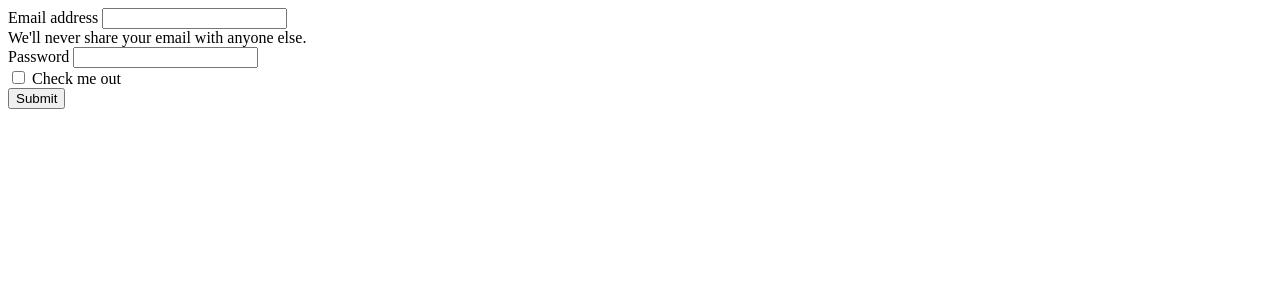
Repository: Ashish4910/Leave-Application-Management
Page: http://localhost/Employee_management/Admin/ValidationForm.jsp
An editor plug-in stored every save of this project. The page is shown before and after the next save, followed by the edit.
The browser window is 1280 px wide. The pictures show the whole page.
The page is served by Tomcat 9. Other server files are loaded and not shown.

Above is the page before, as saved 2023-12-06 05:25:42.

### Employee Management Project/Employee_management/src/main/webapp/Admin/ValidationForm.jsp
<form name ="myForm" onsubmit="return myfunc();">
  <div class="mb-3">
    <label for="exampleInputEmail1" class="form-label">Email address</label>
    <input type="email" class="form-control" id="exampleInputEmail1" aria-describedby="emailHelp">
    <div id="emailHelp" class="form-text">We'll never share your email with anyone else.</div>
  </div>
  <div class="mb-3">
    <label for="exampleInputPassword1" class="form-label">Password</label>
    <input type="password" class="form-control" id="exampleInputPassword1">
  </div>
  <div class="mb-3 form-check">
    <input type="checkbox" class="form-check-input" id="exampleCheck1">
    <label class="form-check-label" for="exampleCheck1">Check me out</label>
  </div>
  <button type="submit" class="btn btn-primary">Submit</button>
</form>

After the next save:
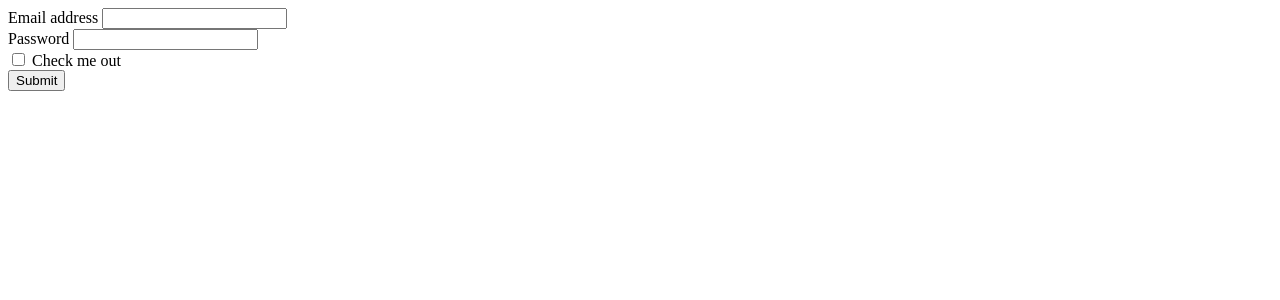
Saved 44 s later.
--- a/Employee Management Project/Employee_management/src/main/webapp/Admin/ValidationForm.jsp
+++ b/Employee Management Project/Employee_management/src/main/webapp/Admin/ValidationForm.jsp
@@ -2,7 +2,7 @@
   <div class="mb-3">
     <label for="exampleInputEmail1" class="form-label">Email address</label>
     <input type="email" class="form-control" id="exampleInputEmail1" aria-describedby="emailHelp">
-    <div id="emailHelp" class="form-text">We'll never share your email with anyone else.</div>
+    <span id="Message"></span>
   </div>
   <div class="mb-3">
     <label for="exampleInputPassword1" class="form-label">Password</label>
